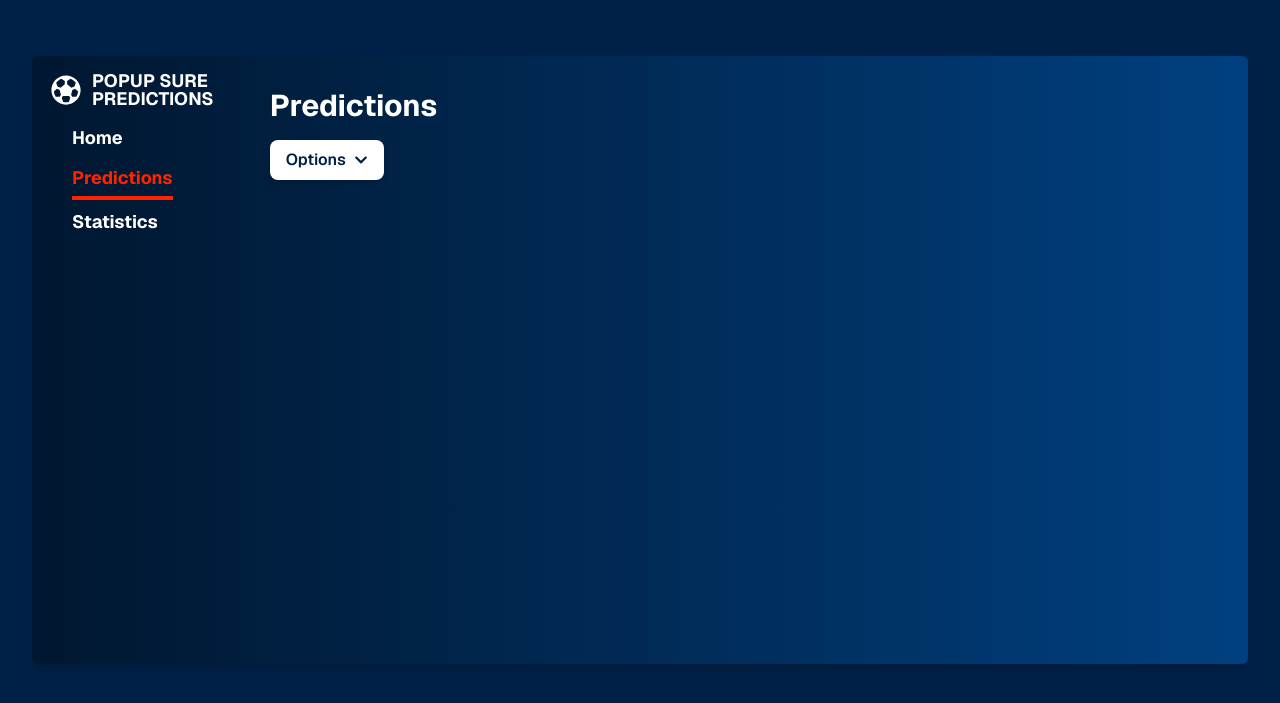
Repository: prototypedave/AlgoFooty
Page: /predictions (app in frontend/algo-footy/)
The author's editor kept a copy of each file at every save. The page is drawn from the files as they stood at one save, then again after the next save.
The browser window is 1280 px wide. The pictures show the whole page.
The project was rebuilt for these pictures with package versions that can differ from the ones it lists, and the page was loaded fresh each time. The framework's server and built-in components were replaced by stand-ins that run in the browser. Also part of the build but not shown: frontend/algo-footy/next.config.ts.

Above is the page before, as saved 2025-11-03 06:52:44.

### frontend/algo-footy/app/predictions/page.tsx
"use client";

import Link from "next/link";
import { IoMdFootball } from "react-icons/io";
import { usePathname } from "next/navigation";
import DropdownButton from "@/components/dropdown";

export default function Predictions() {
    const pathname = usePathname();
    return (
        <div className="relative flex flex-col min-h-screen items-center justify-center bg-oxford-blue font-sans">
            <nav className="absolute inset-x-0 top-0 bottom-0 bg-gradient-to-r from-[#001730] to-[#004080] text-white max-h-full rounded-md mx-8 my-14 shadow-lg flex gap-10 p-4">
                <div className="flex flex-col">
                    <div className="flex gap-2">
                        <IoMdFootball className="text-4xl"/>
                        <p className="text-lg font-bold leading-none">
                            <span className="block">POPUP SURE </span>
                            <span className="block">PREDICTIONS</span>
                        </p>
                    </div>
                    <div className="flex flex-col items-start gap-2 pt-4 pl-6 font-bold text-lg text-white">
                        <Link
                            href="/home"
                            className={`pb-1 ${
                            pathname === "/home"
                                ? "border-b-4 border-black font-bold"
                                : "border-b-0"
                            }`}
                        >
                            Home
                        </Link>
                        <Link href="/predictions"
                            className={`inline-block pb-1 ${
                                pathname === "/predictions"? "border-b-4 border-orange-red font-bold text-orange-red" : "border-b-0 border-orange-red"
                            }`}>Predictions</Link>
                        <Link href={"/statistics"}>Statistics</Link>
                    </div>
                </div>
                <div className="flex flex-col p-4 gap-4">
                    <h1 className="text-3xl font-bold">Predictions</h1>
                    <div>
                            <DropdownButton />

                    </div>
                </div>
            </nav>
        </div>
    );
}

### frontend/algo-footy/app/globals.css
@import "tailwindcss";

:root {
  --background: #ffffff;
  --foreground: #171717;
}

@theme inline {
  --color-background: var(--background);
  --color-foreground: var(--foreground);
  --font-sans: var(--font-geist-sans);
  --font-mono: var(--font-geist-mono);
}

@theme {
  --color-oxford-blue: #002147;
  --color-orange-red: #FF2400;
}

@media (prefers-color-scheme: dark) {
  :root {
    --background: #0a0a0a;
    --foreground: #ededed;
  }
}

body {
  background: var(--background);
  color: var(--foreground);
  font-family: Arial, Helvetica, sans-serif;
}

### frontend/algo-footy/components/dropdown.tsx
"use client";
import { useState } from "react";
import { FaChevronDown, FaChevronUp } from "react-icons/fa";

export default function DropdownButton() {
  const [open, setOpen] = useState(false);

  return (
    <div className="relative inline-block text-left">
      {/* Button */}
      <button
        onClick={() => setOpen(!open)}
        className="flex items-center gap-2 bg-white text-oxford-blue font-semibold px-4 py-2 rounded-lg shadow-md hover:bg-gray-100 transition"
      >
        Options
        {open ? (
          <FaChevronUp className="text-sm" />
        ) : (
          <FaChevronDown className="text-sm" />
        )}
      </button>

      {/* Dropdown Menu */}
      {open && (
        <div className="absolute right-0 mt-2 w-48 bg-white border border-gray-200 rounded-lg shadow-lg z-10">
          <ul className="py-1">
            <li>
              <a
                href="#profile"
                className="block px-4 py-2 text-gray-700 hover:bg-gray-100"
              >
                Profile
              </a>
            </li>
            <li>
              <a
                href="#settings"
                className="block px-4 py-2 text-gray-700 hover:bg-gray-100"
              >
                Settings
              </a>
            </li>
            <li>
              <a
                href="#logout"
                className="block px-4 py-2 text-gray-700 hover:bg-gray-100"
              >
                Logout
              </a>
            </li>
          </ul>
        </div>
      )}
    </div>
  );
}

Loaded but not shown: frontend/algo-footy/app/layout.tsx (common file)

After the next save:
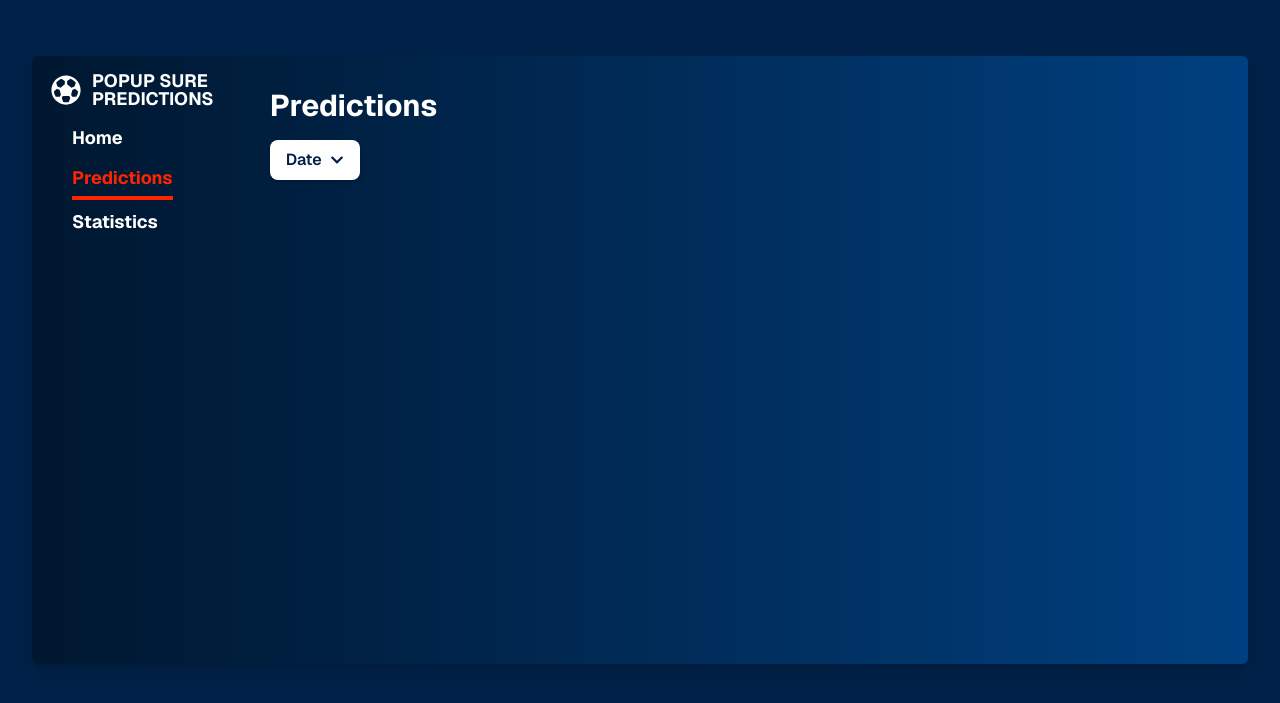
Saved 3 min 6 s later.
--- a/frontend/algo-footy/components/dropdown.tsx
+++ b/frontend/algo-footy/components/dropdown.tsx
@@ -12,9 +12,9 @@ export default function DropdownButton() {
         onClick={() => setOpen(!open)}
         className="flex items-center gap-2 bg-white text-oxford-blue font-semibold px-4 py-2 rounded-lg shadow-md hover:bg-gray-100 transition"
       >
-        Options
+        Date
         {open ? (
-          <FaChevronUp className="text-sm" />
+          <FaChevronUp className="text-sm pl-10" />
         ) : (
           <FaChevronDown className="text-sm" />
         )}
